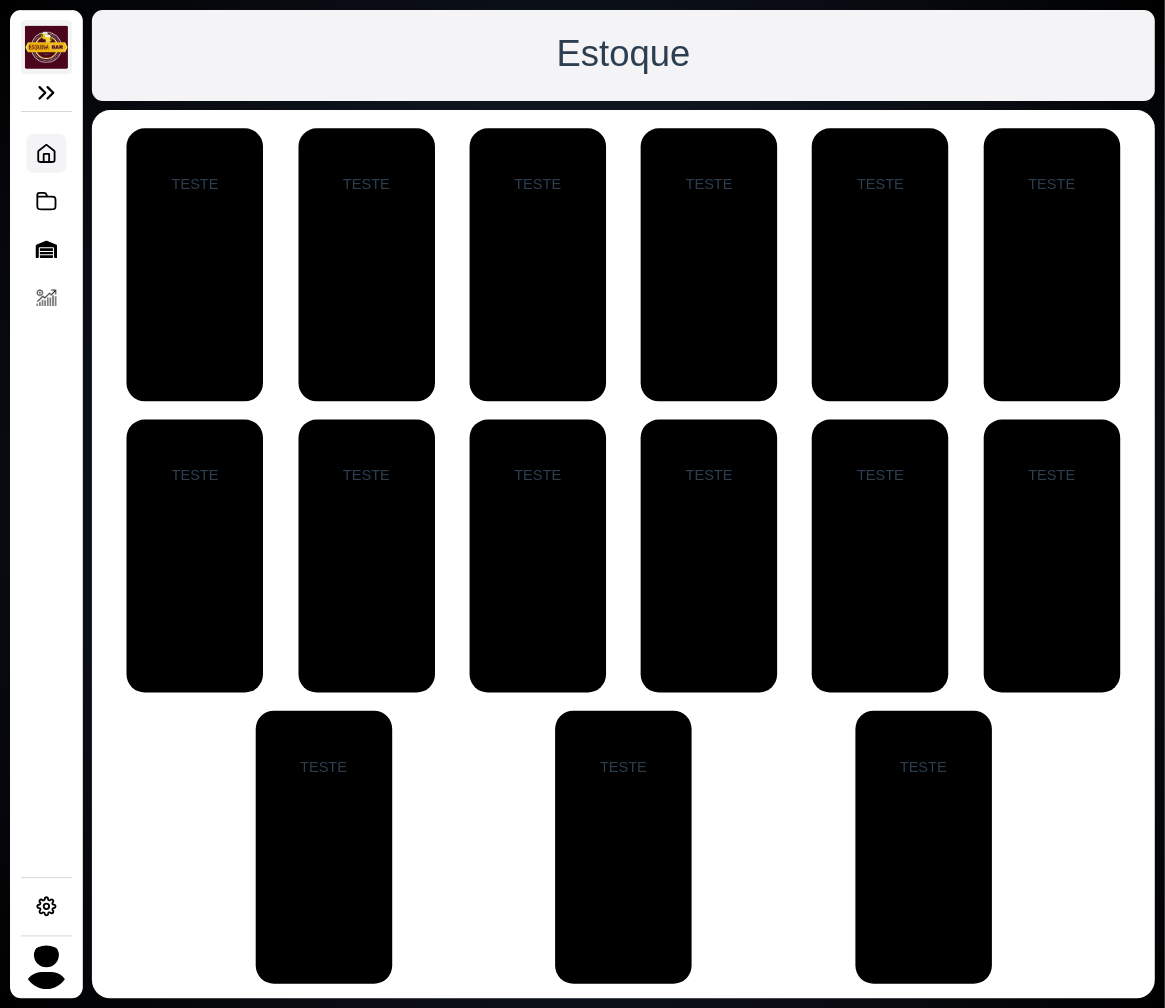
Repository: jazaoo13/Projeto_Oficina_Integracao
Page: / (app in Aplicacao_vue/)
These files come from the project's save history. The page is drawn as it stood at one moment and after the next save; the edit follows.
The browser window is 1280 px wide. The pictures show the whole page, at 91% of full size.
The page's requests for data from a server got no answer. The project was rebuilt for these pictures with package versions that can differ from the ones it lists, and the page was loaded fresh each time. No one was signed in, and anything a server would have sent is missing. Also part of the build but not shown: Aplicacao_vue/vue.config.js, Aplicacao_vue/src/View/jazao.vue.

Above is the page before, as saved 2023-11-20 01:45:41.

### Aplicacao_vue/public/index.html
<!DOCTYPE html>
<html lang="">
  <head>
    <meta charset="utf-8">
    <meta name="viewport" content="width=device-width, initial-scale=1">
    <meta http-equiv="X-UA-Compatible" content="IE=edge">
    <meta name="viewport" content="width=device-width,initial-scale=1.0">
    <link rel="icon" href="<%= BASE_URL %>favicon.ico">
    <link href="https://cdn.jsdelivr.net/npm/bootstrap@5.3.2/dist/css/bootstrap.min.css" rel="stylesheet" integrity="sha384-T3c6CoIi6uLrA9TneNEoa7RxnatzjcDSCmG1MXxSR1GAsXEV/Dwwykc2MPK8M2HN" crossorigin="anonymous">
    <title>Controle de Bebidas</title>
  </head>
  <body>
    <script src="https://cdn.jsdelivr.net/npm/bootstrap@5.3.2/dist/js/bootstrap.bundle.min.js" integrity="sha384-C6RzsynM9kWDrMNeT87bh95OGNyZPhcTNXj1NW7RuBCsyN/o0jlpcV8Qyq46cDfL" crossorigin="anonymous"></script>
    <div id="app"></div>
    <!-- built files will be auto injected -->
  </body>
</html>

### Aplicacao_vue/src/main.js
import Vue from 'vue'
import App from './App.vue'
import {BootstrapVue, IconsPlugin} from 'bootstrap-vue';
import 'font-awesome/css/font-awesome.css';
import 'bootstrap-vue/dist/bootstrap-vue.css'
import 'bootstrap/dist/css/bootstrap.css'
import router from './router'
import Vuex from 'vuex'
import store from './store'

Vue.config.productionTip = false
Vue.use(BootstrapVue);
Vue.use(IconsPlugin);
Vue.use(Vuex);

new Vue({
  router,
  store,
  render: h => h(App)
}).$mount('#app')

### Aplicacao_vue/src/App.vue
<template>
  <div id="app">
    <router-view/>
  </div>
</template>

<style lang="scss">
#app {
  position: absolute;
  font-family: Avenir, Helvetica, Arial, sans-serif;
  -webkit-font-smoothing: antialiased;
  -moz-osx-font-smoothing: grayscale;
  text-align: center;
  color: #2c3e50;
}
// html, body{
//   position: fixed;
//   height: 100%;
// }
nav {
  padding: 30px;

  a {
    font-weight: bold;
    color: #2c3e50;

    &.router-link-exact-active {
      color: #42b983;
    }
  }
}
</style>

### Aplicacao_vue/src/router/index.js
import Vue from 'vue'
import VueRouter from 'vue-router'
import Home from '../View/Home.vue'
import jazao_component from '../View/jazao.vue'
Vue.use(VueRouter)

const routes = [
  {
    path: '/',
    name: 'home',
    component: Home
  },
  {
    path: '/jazao',
    name: 'Jazao',
    component: jazao_component
    //component: () => import(/* webpackChunkName: "about" */ '../View/HomeTeste.vue')
  },

]

const router = new VueRouter({
  mode: 'history',
  base: process.env.BASE_URL,
  routes
})

export default router

### Aplicacao_vue/src/store.js
import Vue from 'vue'
import Vuex from 'vuex'

Vue.use(Vuex)

const store = new Vuex.Store({
    data(){
        return{
            isActive: false
        }
    },
    state: {
        count: 0,
        isActive: false
    },
    mutations: {
        increment(state) {
            state.count++
        },
        setIsActive(state){
            state.isActive = !state.isActive
        }
    },

})
export default store

### Aplicacao_vue/src/View/Home.vue
<template>
    <div class="bodyClass">
        <div class="container-fluid">
            <div class="row">
                <Sidebar></Sidebar>
            </div>
            <div class="content-container">
                <HeaderPage></HeaderPage>
                <EstoqueView></EstoqueView>
            </div>
        </div>
    </div>
</template>

<script>
import axios from 'axios';
import Sidebar from './Sidebar.vue';
import HeaderPage from './Header.vue'
import EstoqueView from '../components/EstoqueView.vue'
export default {
    name: 'HomePage',
    components: {
        Sidebar,
        HeaderPage,
        EstoqueView
    },
    data() {
        return {
            lstApi: '',
        };
    },
    methods: {
        chamar_api() {
            let url = 'https://catfact.ninja/fact';
            axios
                .get(url, {

                })
                .then((resposta) => {
                    this.lstApi = resposta
                })
                .catch((erro) => console.log(erro));
        },
    },
    mounted() {
        this.chamar_api()
    },
};
</script>

<style lang="scss" scoped>
.bodyClass {
    background: radial-gradient(circle at 50% 50%, #192233 20%, #000);
    padding: 0.375rem;
    font-family: Poppins, sans-serif;
    display: flex;
}
.row{
    margin-right: 0px;
    margin-left: 0px;
}
.container-fluid {
  display: flex;
  flex-direction: row;
  padding-left: 5px;
  padding-top: 5px;
  padding-bottom: 5px;
  padding-right: 5px;
}
.content-container {
  display: flex;
  flex-direction: column;
  padding-left: 10px;
}
</style>

### Aplicacao_vue/src/View/Sidebar.vue
<template>
        <div class="sideBar" :class="{ 'isActive': this.$store.state.isActive }">
            <div class="sidebar-header" :class="{ 'isActive': this.$store.state.isActive }">
                <a class="logo-wrapper">
                    <img src="@/assets/logo_esquina.png" alt="Logo" :class="{ 'isActive': this.$store.state.isActive }">
                    <h2 :class="{ 'isActive': this.$store.state.isActive }">Bar da Esquina</h2>
                </a>
                <button class="toggle-btn" @click="toggle()">
                    <img class="imgBtnBack" src="../assets/expand.svg" alt="expand button">
                </button>
            </div>

            <div class="sidebar-links" :class="{ 'isActive': this.$store.state.isActive }">
                <a class="link active">
                    <img src="../assets/home.svg" alt="">
                    <span :class="{ 'isActive': this.$store.state.isActive }">Home</span>
                </a>
                <a class="link">
                    <img src="../assets/projects.svg" alt="">
                    <span :class="{ 'isActive': this.$store.state.isActive }">Cadastro</span>
                </a>
                <a class="link">
                    <img src="../assets/estoque.svg" alt="">
                    <span :class="{ 'isActive': this.$store.state.isActive }">Estoque</span>
                </a>
                <a class="link">
                    <img src="../assets/vendas.png" alt="">
                    <span :class="{ 'isActive': this.$store.state.isActive }">Vendas</span>
                </a>
            </div>


            <div class="sidebar-bottom" :class="{ 'isActive': this.$store.state.isActive }">
                <div class="sidebar-links" :class="{ 'isActive': this.$store.state.isActive }">
                    <a class="link">
                        <img src="../assets/settings.svg" alt="">
                        <span :class="{ 'isActive': this.$store.state.isActive }">Configurações</span>
                    </a>
                </div>

                <div class="user-profile" :class="{ 'isActive': this.$store.state.isActive }">
                    <div class="user-avatar">
                        <img src="../assets/user.svg" alt="">
                    </div>
                    <div class="user-details" :class="{ 'isActive': this.$store.state.isActive }">
                        <p class="username">Usuario</p>
                        <p class="user-email">email@gmail.com</p>
                    </div>
                </div>
            </div>
        </div>
</template>

<script>
import { mapState } from 'vuex'
export default {
    name: "SiderBar",
    components: {
    },
    data() {
        return {
            //isActive:false,
            // imagens:{
            //     imagem1: url=''
            // }
            //array de objetos para os botoes laterais
        }
    },
    methods: {
        Abre_Cadastro() {

        },
        computed: {
            ...mapState(['isActive'])

        },
        toggle() {
            this.$store.commit('setIsActive');

            const toggleBtn = document.querySelector(".toggle-btn");
            toggleBtn.style.transform = this.$store.state.isActive ? "rotate(180deg)" : "rotate(0deg)";
        },
    },
    mounted() {

    },
}
</script>


<style lang="scss">
button,
a {
    all: unset;
    font: inherit;
    cursor: pointer;
    text-decoration: none !important;
}

a:hover {
    color: inherit !important;
}

.sideBar {
    width: 5rem;
    background-color: #ffffff;
    //padding: 1rem 0.75rem;
    border-radius: 0.75rem;
    display: flex;
    flex-direction: column;
    transition: width 500ms ease;
    &.isActive {
        width: 15rem;
    }
}

h2 {
    display: none;

    &.isActive {
        display: inline;
        font-size: 1.5rem;
    }
}

.sidebar-header,
.sidebar-links {
    padding-top: 10px;
    display: flex;
    justify-content: center;
    align-items: center;
    overflow: hidden;
    flex-direction: column;
    border-top: 1px solid rgb(211, 211, 211);
    &.isActive {
        justify-content: start;
        align-items: stretch;
    }
}
.sidebar-links {
    flex-direction: column;
    margin-bottom: auto;
    gap: 0.6rem;
    padding-bottom: 1.5rem;
    padding-top: 1.5rem;
}
.sidebar-header {
    &.isActive {
        align-items: cenetr;
    }
}

.logo-wrapper {
    display: flex;
    justify-content: start;
    align-items: center;
    gap: 1.25rem;
    text-decoration: none !important;
}

a.logo-wrapper:hover {
    color: inherit !important;
}

.logo-wrapper>img {
    width: 60px;
    height: 60px;
    background-color: #f4f4f6;
    padding: 0.4rem;
    border-radius: 0.5rem;

    &.isActive {
        width: 100px;
        height: 100px;
    }
}

.sideBar.sidebar-links {
    border-top: 1px solid rgb(211, 211, 211);
}

.link {
    display: flex;
    padding: 0.6rem;
    border-radius: 0.5rem;
    gap: 1.5rem;
}

span {
    display: none;

    &.isActive {
        display: inline;
    }
}

.link:hover,
.link.active:hover {
    background-color:#a4a4aa;
}

.link.active {
    background-color: #f4f4f6;
}

.link>img {
    width: 24px;
    height: 24px;
}

.sidebar-bottom .sidebar-links {
    padding-bottom: 10px;
    padding-top: 10px;
}

.toggle-btn {
    padding-top:5px;
    padding-bottom: 5px;
    transition: transform 0.25s ease;
    border-radius: 20px;
}
.toggle-btn:hover{
    background-color: #a4a4aa;
}

.user-profile {
    display: flex;
    justify-content: center;
    align-items: center;
    gap: 1.5rem;
    padding-top: 10px;
    padding-bottom: 10px;
    border-top: 1px solid rgb(211, 211, 211);

    &.isActive {
        justify-content: start;
        align-items: stretch;
    }
}

.user-avatar {
    width: 48px;
    height: 48px;
    cursor: pointer;
    transition: scale 0.2s ease;
    align-self: center;
}

.user-avatar img {
    width: 100%;
    height: 100%;
    border-radius: 50%;
    object-fit: cover;
}

.user-avatar:hover {
    scale: 1.1;
}

.user-details {
    align-self: center;
    overflow: hidden;
    display: none;
    padding-top: 15px;

    .username {
        font-size: 0.85rem;
        font-weight: 600;
    }

    .user-email {
        font-size: 0.8rem;
    }

    &.isActive {
        display: inline;
    }

}
.imgBtnBack{
    width: 50px;
    height: 30px;
}

</style>

### Aplicacao_vue/src/View/Header.vue
<template>
    <div>
        <div class="header" :class="{ 'isActive': this.$store.state.isActive }">
        <h1 class="titulo">Estoque</h1>
        </div>
    </div>
</template>

<script>
import { mapState } from 'vuex'
export default {
    name: "HeaderPage",
    data() {
        return {
            //isActive: false,
        }
    },
    computed: {
        ...mapState(['isActive'])

    },
}
</script>

<style lang="scss" scoped>
.header {
    //width: calc(100% - 85px);
    background-color: #f4f4f6;
    border-radius: 0.75rem;
    height: 100px;
    margin-left:auto;
    transition: width 500ms ease ;
    &.isActive{
        //width:calc(100% - 245px);
        transition: width 500ms ease ;
    }
}
.titulo{
    height: 100%;
    padding-top: 1.5rem;
}

// .header{

// }
</style>

### Aplicacao_vue/src/components/EstoqueView.vue
<template>
    <div class="fundo" :class="{ 'isActive': this.$store.state.isActive }">
        <div class="teste" >
            <ul class="listaItens">
                <li class="items">TESTE</li>
                <li class="items">TESTE</li>
                <li class="items">TESTE</li>
                <li class="items">TESTE</li>
                <li class="items">TESTE</li>
                <li class="items">TESTE</li>
                <li class="items">TESTE</li>
                <li class="items">TESTE</li>
                <li class="items">TESTE</li>
                <li class="items">TESTE</li>
                <li class="items">TESTE</li>
                <li class="items">TESTE</li>
                <li class="items">TESTE</li>
                <li class="items">TESTE</li>
                <li class="items">TESTE</li>
                <!-- <li class="items">TESTE</li>
                <li class="items">TESTE</li>
                <li class="items">TESTE</li> -->
            </ul>
        </div>
    </div>
</template>

<script>
import { mapState } from 'vuex'
export default {
    name: "EstoqueView",
    methods: {
        computed: {
            ...mapState(['isActive'])
        }
    },
}
</script>

<style lang="scss" scoped>

.fundo{
    background-color: #ffffff;
    //width: calc(100% - 85px);
    margin-left: auto;
    border-radius: 20px;
    margin-top: 10px;
    margin-right: 0px;
    height: auto;
    transition: width 500ms ease;
    &.isActive {
        //width: calc(100% - 245px);
        transition: width 500ms ease;
    }
}

.items {
    background-color: black;
    //padding: 80px 100px;
    width: 150px;
    height: 300px;
    margin: 20px 10px 0px;
    border-radius: 20px;
    list-style-type: none;
    padding-top: 50px;
}

.listaItens {
    display: flex;
    flex-direction: row;
    flex-wrap: wrap;
    justify-content: space-evenly;
    padding-left: 10px;
    padding-right: 10px;
}</style>

After the next save:
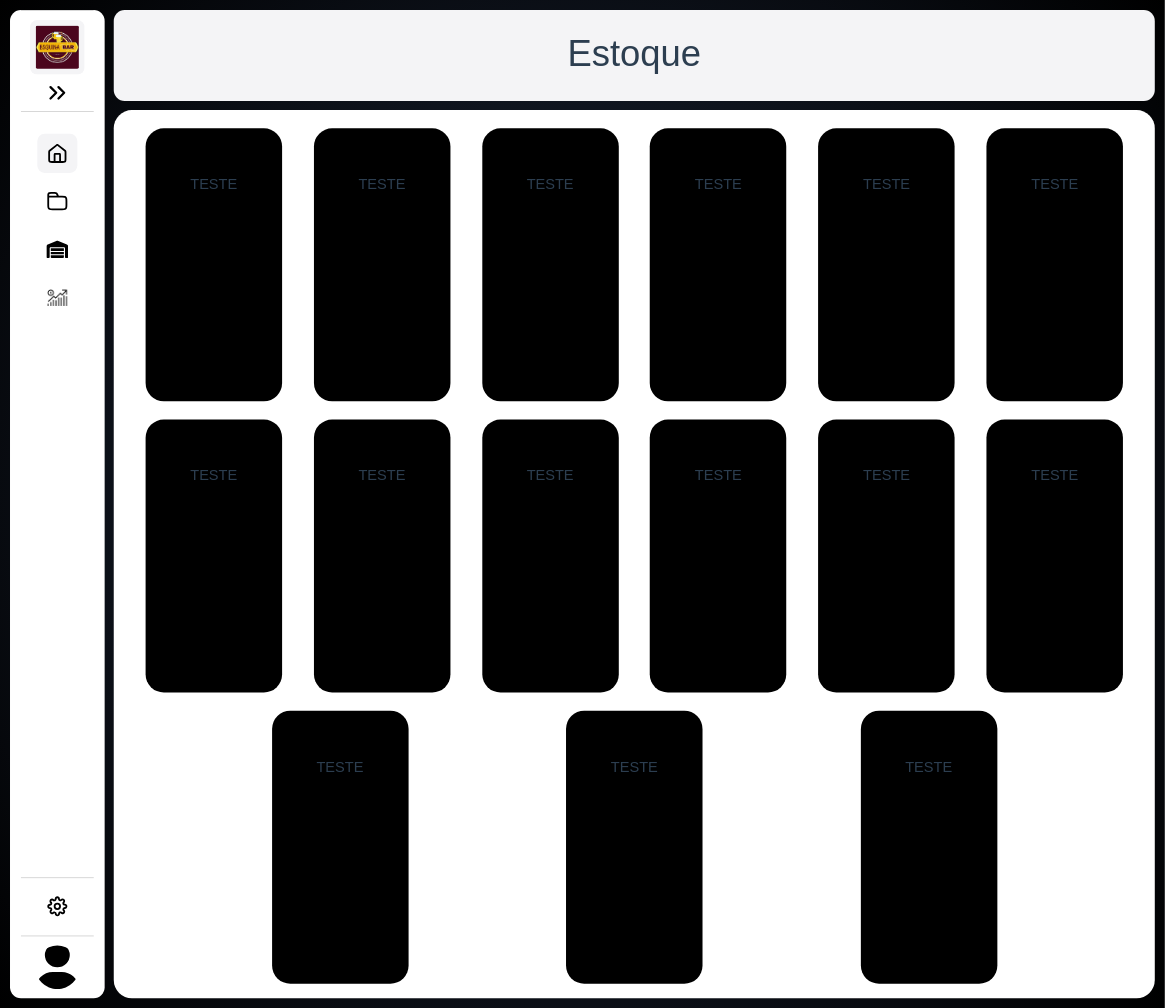
Saved 82 s later.
--- a/Aplicacao_vue/src/View/Home.vue
+++ b/Aplicacao_vue/src/View/Home.vue
@@ -49,6 +49,11 @@
 </script>
 
 <style lang="scss" scoped>
+*,
+*::before,
+*::after {
+  box-sizing:content-box;
+}
 .bodyClass {
     background: radial-gradient(circle at 50% 50%, #192233 20%, #000);
     padding: 0.375rem;

After the save that followed:
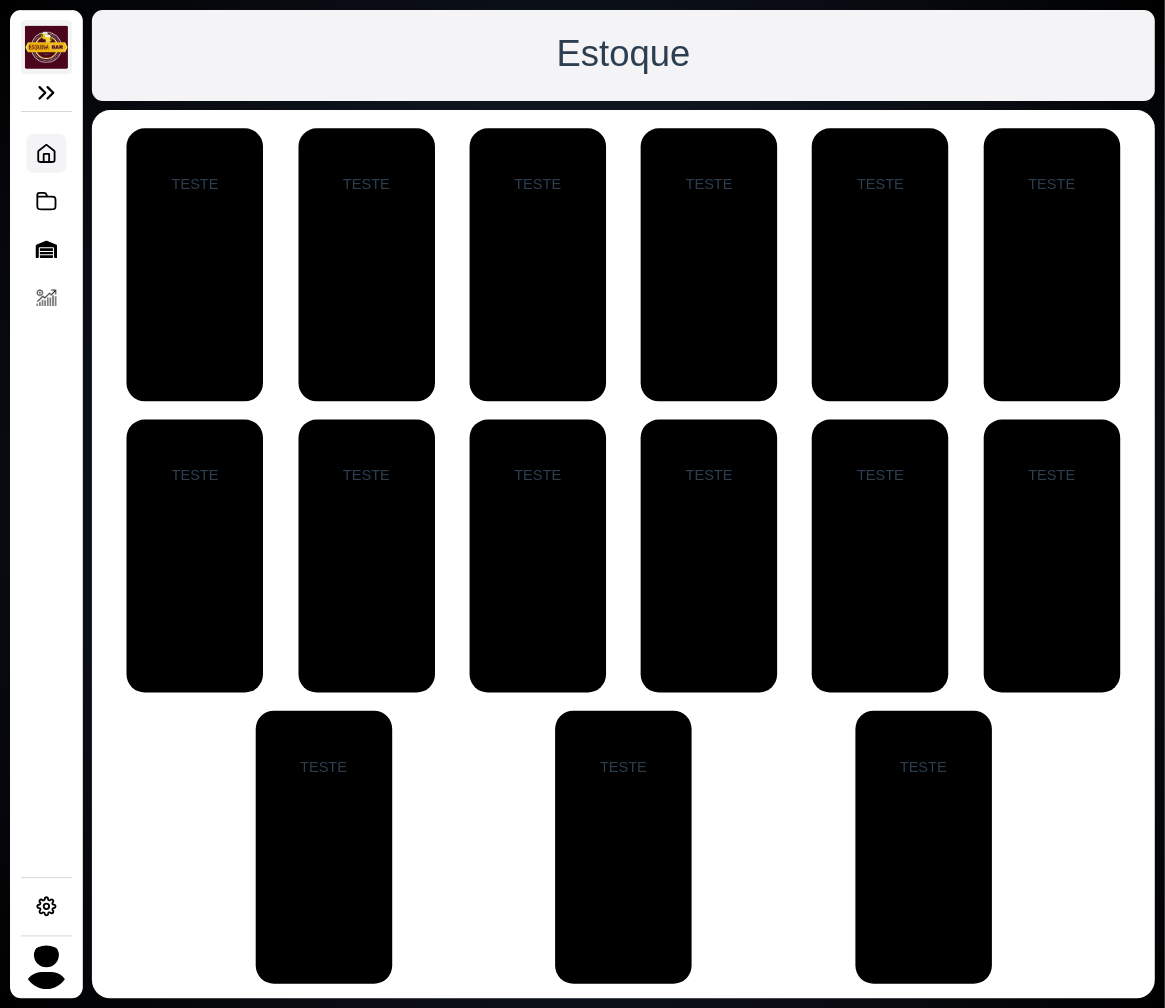
Saved 119 s later.
--- a/Aplicacao_vue/src/View/Home.vue
+++ b/Aplicacao_vue/src/View/Home.vue
@@ -49,11 +49,6 @@
 </script>
 
 <style lang="scss" scoped>
-*,
-*::before,
-*::after {
-  box-sizing:content-box;
-}
 .bodyClass {
     background: radial-gradient(circle at 50% 50%, #192233 20%, #000);
     padding: 0.375rem;
